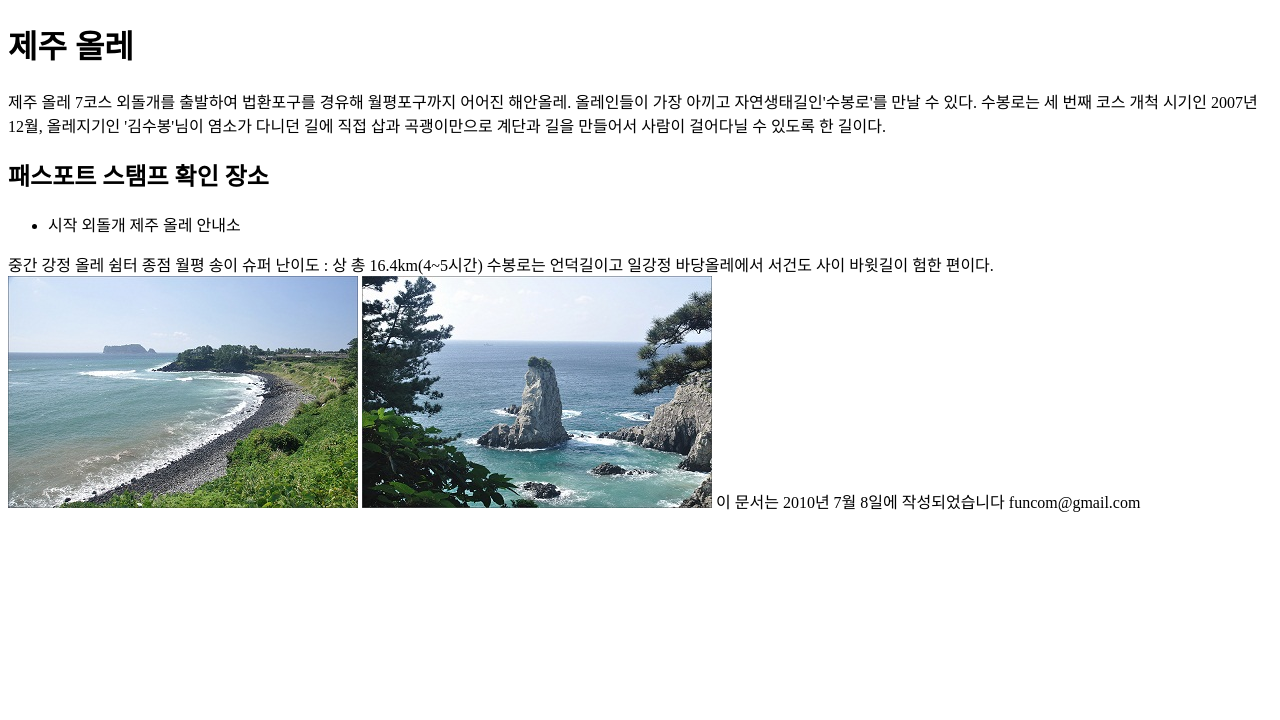
Repository: jinaa11/Kcc_Web
Page: Html/WebContent/sample2.html
The author's editor kept a copy of each file at every save. The page is drawn from the files as they stood at one save, then again after a run of saves.
The browser window is 1280 px wide. The pictures show the whole page.

Above is the page before, as saved 2024-07-08 07:09:36.

After the next 2 saves:
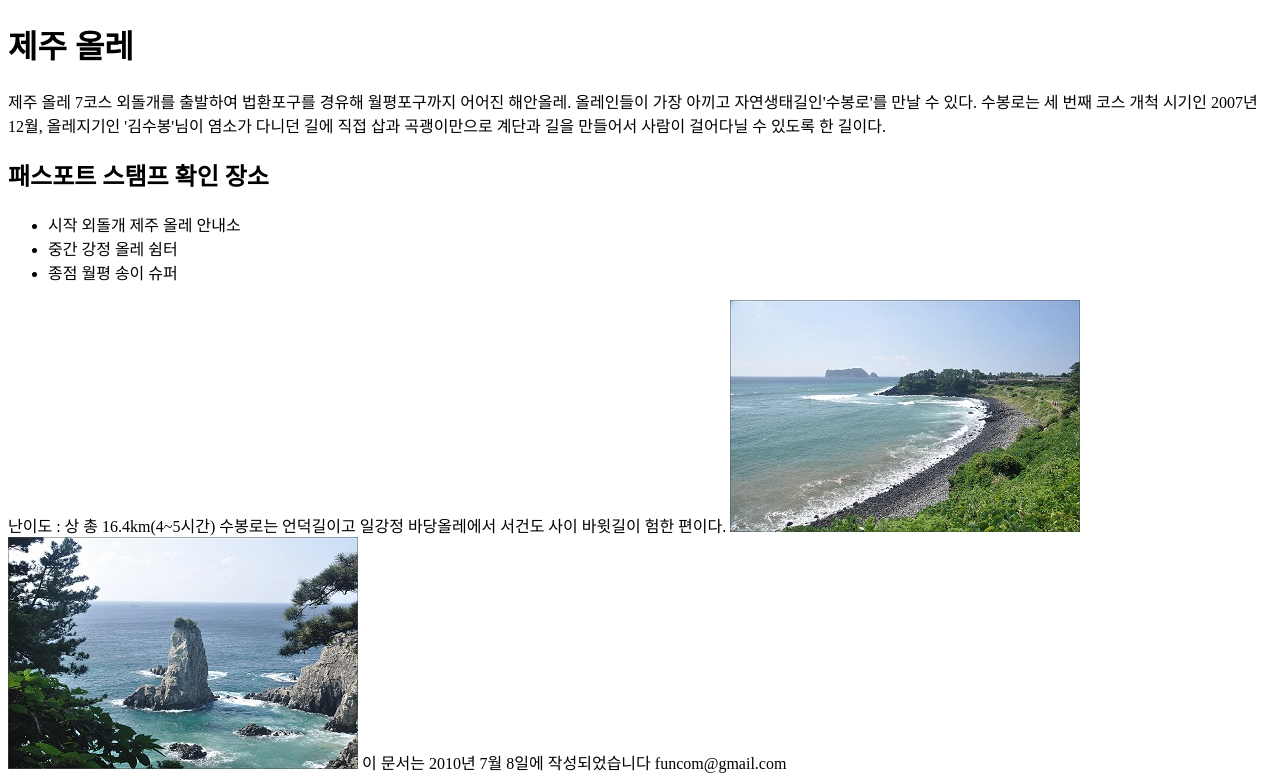
The 2 saves are shown as one change because they came seconds apart.
The last was saved 20 s later.
--- a/Html/WebContent/sample2.html
+++ b/Html/WebContent/sample2.html
@@ -19,14 +19,16 @@
 	<h2>패스포트 스탬프 확인 장소</h2>
 	<ul>
 		<li>시작  외돌개 제주 올레 안내소</li>
+		<li>중간  강정 올레 쉼터</li>
+		<li>종점  월평 송이 슈퍼</li>
 	</ul>
 </section>
 
 
 
 
- 중간  강정 올레 쉼터
- 종점  월평 송이 슈퍼
+
+
 
 <!-- 거리 태그 -->
   난이도 : 상 총 16.4km(4~5시간)
